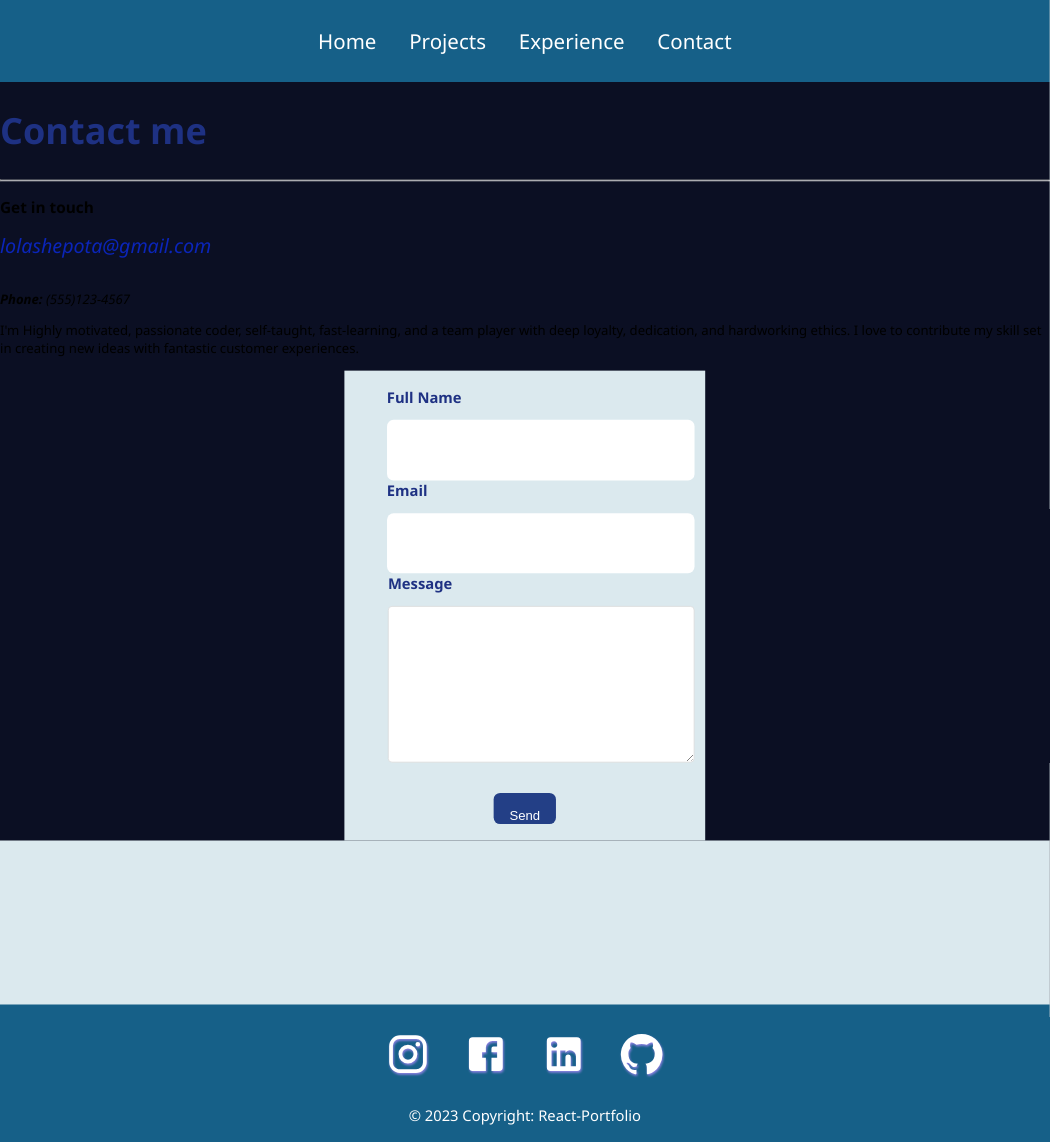
Repository: LolaSL/react-portfolio
Page: /contact
An editor plug-in stored every save of this project. The page is shown before and after a run of saves, followed by the edit.
The browser window is 1280 px wide. The pictures show the whole page, at 82% of full size.
The project was rebuilt for these pictures with package versions that can differ from the ones it lists, and the page was loaded fresh each time. Some packages were replaced by stand-ins written for this rebuild. Also part of the build but not shown: src/pages/Home/Style.css, src/pages/Home/Home.jsx, src/components/ProjectItem/Style.css, src/components/ProjectItem/ProjectItem.jsx, src/helpers/ProjectList.js, src/pages/Projects/Style.css, src/pages/Projects/Projects.jsx, src/pages/Experience/Style.css and 2 more.

Above is the page before, as saved 2023-09-27 17:43:22.

After the next 3 saves:
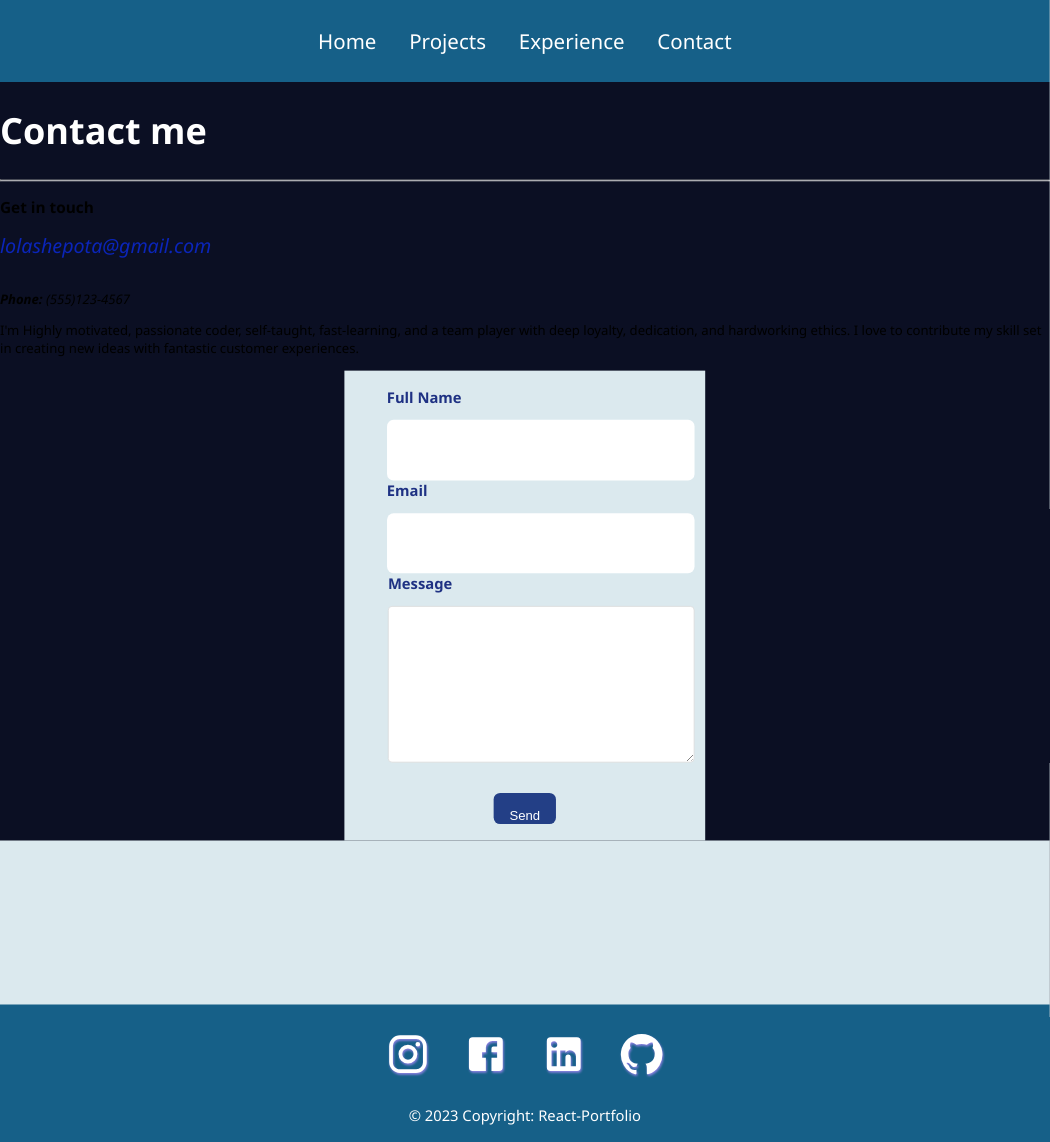
The 3 saves are shown as one change because they came seconds apart.
The last was saved 18 s later.
--- a/src/pages/Contact/Style.css
+++ b/src/pages/Contact/Style.css
@@ -17,7 +17,7 @@
 }
 h1{
   font-size: 44px;
- color: #1e3183;
+ color: white;
 
 
 }
